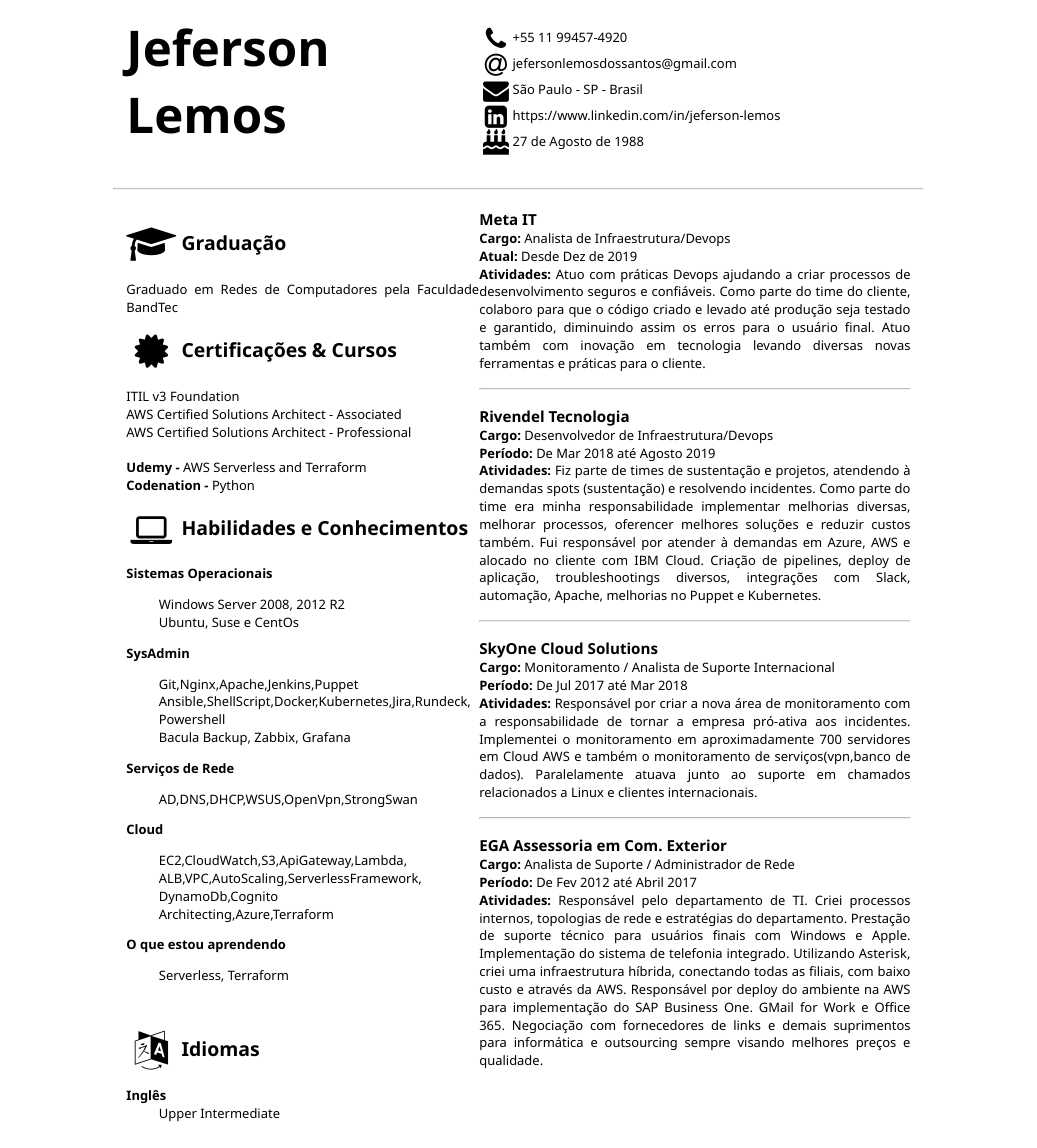
Repository: jefersonlemos/Resume-pt
Page: index.html
These files come from the project's save history. The page is drawn as it stood at one moment and after the next save; the edit follows.
The browser window is 1280 px wide. The pictures show the whole page, at 81% of full size.

Above is the page before, as saved 2020-06-15 12:13:07.

### index.html
<!DOCTYPE html>

<html lang="en">
<head>
    <meta charset="utf-8" />
    <title>Jeferson Lemos PT</title>
    <link rel="stylesheet" href="./css/normalize.css" type="text/css" />
    <link rel="stylesheet" href="./css/app.css" type="text/css" />
    <link rel="stylesheet" href="./css/font-awesome.min.css" type="text/css" />
</head>
<body>
    <div class="content">
        <header>
            <section>
                <h1>Jeferson <br />Lemos</h1>
            </section>
            <section>
                <ul>
                    <li>
                        <i class="fa fa-fw fa-2x fa-phone"></i>+55 11 99457-4920
                    </li>
                    <li>
                        <i class="fa fa-fw fa-2x fa-at"></i>jefersonlemosdossantos@gmail.com
                    </li>
                    <li>
                        <i class="fa fa-fw fa-2x fa-envelope"></i>São Paulo - SP - Brasil
                    </li>
                    <li>
                        <i class="fa fa-fw fa-2x fa-linkedin-square"></i>https://www.linkedin.com/in/jeferson-lemos
                    </li>
                    <li>
                        <i class="fa fa-fw fa-2x fa-birthday-cake"></i>27 de Agosto de 1988
                    </li>
                </ul>
            </section>
        </header>
        <hr />
        <main>
            <section>
                <article>
                    <h2><i class="fa fa-fw fa-2x fa-graduation-cap"></i> Graduação</h2>
                        Graduado em Redes de Computadores pela Faculdade BandTec

                </article>
                <article>
                    <h2><i class="fa fa-fw fa-2x fa-certificate"></i> Certificações & Cursos</h2>

                        ITIL v3 Foundation </br>
                        AWS Certified Solutions Architect - Associated </br>
                        AWS Certified Solutions Architect - Professional</br>
						</br>

					<b>Udemy - </b>AWS Serverless and Terraform</br>
					<b>Codenation - </b> Python </br>

                </article>
				 <article>
                    <h2><i class="fa fa-fw fa-2x fa-laptop"></i> Habilidades e Conhecimentos</h2>
                    <dl>
                        <dt>Sistemas Operacionais</dt>
                        <dd>
                            <ul>
                                <li>Windows Server 2008, 2012 R2</li>
                                <li>Ubuntu, Suse e CentOs</li>
                            </ul>
                        </dd>
                        <dt>SysAdmin</dt>
                        <dd>
                            <ul>
                                <li>Git,Nginx,Apache,Jenkins,Puppet</li>
                                <li>Ansible,ShellScript,Docker,Kubernetes,Jira,Rundeck, Powershell </li>
                                <li>Bacula Backup, Zabbix, Grafana</li>

                            </ul>
                        </dd>
                        <dt>Serviços de Rede</dt>
                        <dd>
                            <ul>
                                <li>AD,DNS,DHCP,WSUS,OpenVpn,StrongSwan</li>
                            </ul>
                        </dd>
                        <dt>Cloud</dt>
                        <dd>
                            <ul>
                                <li>EC2,CloudWatch,S3,ApiGateway,Lambda,
                                    ALB,VPC,AutoScaling,ServerlessFramework,
                                    DynamoDb,Cognito</li>
                                <li>Architecting,Azure,Terraform </li>
                            </ul>
                        </dd>
                        <dt>O que estou aprendendo</dt>
                        <dd>
                            <ul>
                                <li>Serverless, Terraform</li>
                            </ul>
                        </dd>
                    </dl>
                </article>
                <br />
                <article>
                    <h2><i class="fa fa-fw fa-2x fa-language"></i> Idiomas</h2>
                    <dl>
                        <dt>Inglês</dt>
                        <dd>Upper Intermediate</dd>
                    </dl>
                </article>
            </section>
            <section>
                <article>
                    <h3>Meta IT</h3>
                    <strong>Cargo:</strong> Analista de Infraestrutura/Devops <br />
                    <strong>Atual:</strong> Desde Dez de 2019<br />
                    <strong>Atividades:</strong> Atuo com práticas Devops ajudando a criar processos de desenvolvimento seguros e confiáveis. Como parte do time do cliente,
                     colaboro para que o código criado e levado até produção seja testado e garantido, diminuindo assim os erros para o usuário final.
                     Atuo também com inovação em tecnologia levando diversas novas ferramentas e práticas para o cliente.
                    <hr />
					<h3>Rivendel Tecnologia</h3>
                    <strong>Cargo:</strong> Desenvolvedor de Infraestrutura/Devops <br />
                    <strong>Período:</strong> De Mar 2018 até Agosto 2019<br />
                    <strong>Atividades:</strong> Fiz parte de times de sustentação e projetos, atendendo à demandas spots (sustentação) e resolvendo incidentes.
                    Como parte do time era minha responsabilidade implementar melhorias diversas, melhorar processos, oferencer melhores soluções e reduzir custos também.
                    Fui responsável por atender à demandas em Azure, AWS e alocado no cliente com IBM Cloud. Criação de pipelines, deploy de aplicação, troubleshootings diversos,
                     integrações com Slack, automação, Apache, melhorias no Puppet e Kubernetes.
                    <hr />
		            <h3>SkyOne Cloud Solutions</h3>
                    <strong>Cargo:</strong> Monitoramento / Analista de Suporte Internacional <br />
                    <strong>Período:</strong> De Jul 2017 até Mar 2018<br />
                    <strong>Atividades:</strong> Responsável por criar a nova área de monitoramento com a responsabilidade de tornar a empresa pró-ativa aos incidentes.
                    Implementei o monitoramento em aproximadamente 700 servidores em Cloud AWS e também o monitoramento de serviços(vpn,banco de dados).
			        Paralelamente atuava junto ao suporte em chamados relacionados a Linux e clientes internacionais.
                    <hr />
                    <h3>EGA Assessoria em Com. Exterior</h3>
                    <strong>Cargo:</strong> Analista de Suporte / Administrador de Rede  <br />
                    <strong>Período:</strong> De Fev 2012 até Abril 2017<br />
                    <strong>Atividades:</strong> Responsável pelo departamento de TI. Criei processos internos, topologias de rede e estratégias do departamento.
                    Prestação de suporte técnico para usuários finais com Windows e Apple. Implementação do sistema de telefonia integrado. Utilizando Asterisk,
                    criei uma infraestrutura híbrida, conectando todas as filiais, com baixo custo e através da AWS. Responsável por deploy do ambiente na AWS para
                    implementação do SAP Business One. GMail for Work e Office 365. Negociação com fornecedores de links e demais suprimentos para informática e outsourcing
                    sempre visando melhores preços e qualidade.
                    <!-- <hr />
                    <h3>Kosmos Tecnologia</h3>
                    <strong>Cargo:</strong> Empreendedor<br />
                    <strong>Período:</strong> De Nov 2009 até Fev 2012<br />
                    <strong>Atividades:</strong> Eu fui um empreendedor e fui responsável por prover suporte técnico (hardware e software) para os clientes.
                    Fui também responsável por procurar novos clientes.
                    Prestei consultoria para pequenas empresas montando novos escritórios, criando websites, politicas de rede, backups e melhorias na rede.
                    Migrei um grande site chamado famosidades.com.br de um pequeno hosting para um hosting maior e mais seguro, migrei de Windows para Linux.
                    <hr /> -->
                   <!-- <h3>Stefanini IT Solutions</h3>
                    <strong>Cargo:</strong> Analista de Suporte I & II<br />
                    <strong>Periodo:</strong> De Nov 2008 até Nov 2009<br />
                    <strong>Atividades :</strong> Meu primeiro emprego, eu prestei suporte técnico em início de carreira. Participei de um projeto de migração de
                    1000 hosts de um domínio Windows 2003 para um novo domínio WIndows 2008.
                    <hr />-->
                </article>
            </section>
        </main>
        <footer>

        </footer>
    </div>
</body>
</html>

### css/app.css
body {
    font-family: 'Segoe UI', sans-serif;
}

.content {
    width: 1000px;
    margin: 0 auto;
}

header,
main {
    display: flex;
    padding: 1rem;
}

    header section,
    main section {
        -ms-flex: 1;
        flex: 1;
    }
    header section:first-child,
    main section:first-child {
        max-width: 45%;
    }

header h1 {
    font-size: 3.8rem;
    margin: 0;
}
main h3 {
    margin: 0;
}
main hr {
    margin: 20px 0;
}
header .fa,
main .fa {
    vertical-align: middle;
}
ul {
    list-style: none;
    padding: 0;
}

dt {
    font-weight: bold;
}

/* Para ajustar o tamanho da fonte e alinhamento do texto nos campos de experiência
propriedade criada por mim  */
article {
    font-size: 16px;
    text-align: justify;
}

Loaded but not shown: css/normalize.css (library); css/font-awesome.min.css (library)

After the next save:
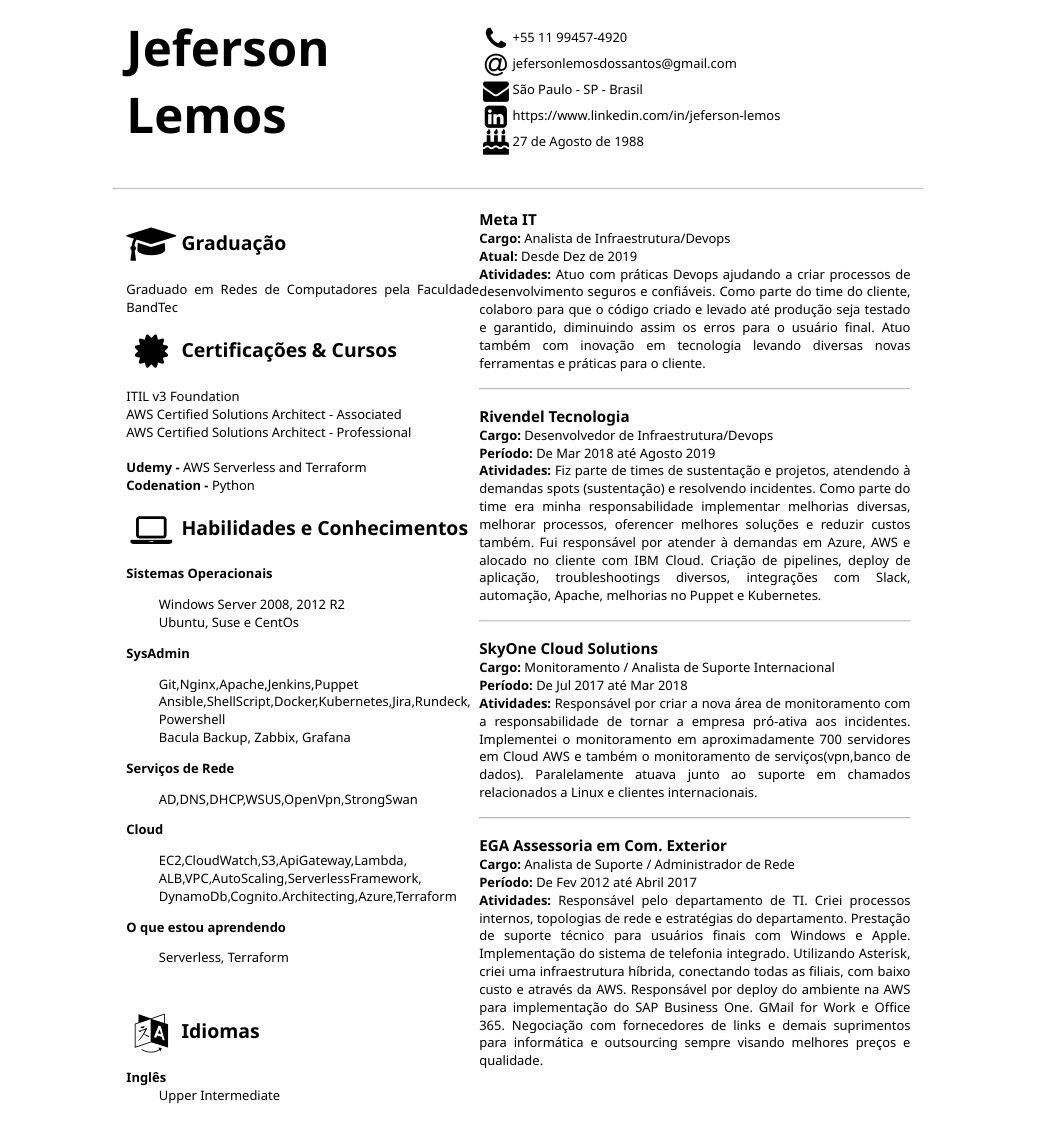
Saved 17 s later.
--- a/index.html
+++ b/index.html
@@ -84,8 +84,7 @@
                             <ul>
                                 <li>EC2,CloudWatch,S3,ApiGateway,Lambda,
                                     ALB,VPC,AutoScaling,ServerlessFramework,
-                                    DynamoDb,Cognito</li>
-                                <li>Architecting,Azure,Terraform </li>
+                                    DynamoDb,Cognito.Architecting,Azure,Terraform </li>
                             </ul>
                         </dd>
                         <dt>O que estou aprendendo</dt>
